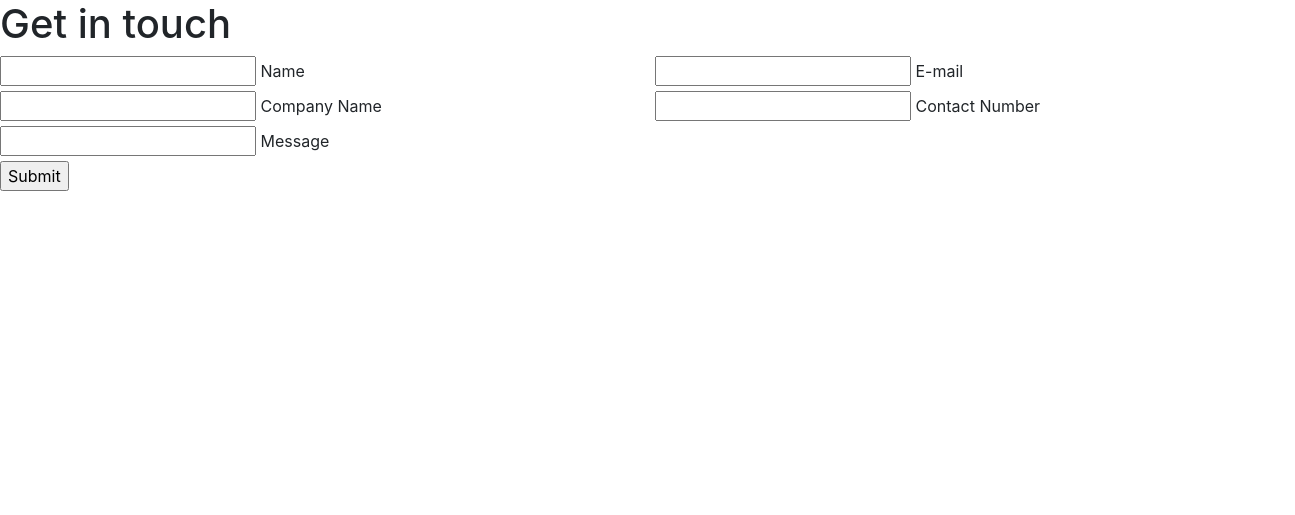
Repository: nguyenquan23/project-3
Page: http://localhost/laptrinhdoan/views/admin/add.jsp
The author's editor kept a copy of each file at every save. The page is drawn from the files as they stood at one save, then again after the next save.
The browser window is 1280 px wide. The page is 1295 px wide, so the pictures cover 1295 px, including what lies to the right of the window. The pictures show the whole page.
Some web libraries are served in a nearby version. The page is served by Tomcat 9. Nobody is signed in. The application's start-up code is not run. Other server files are loaded and not shown.

Above is the page before, as saved 2023-01-19 13:50:35.
Console error: TypeError: Cannot read properties of undefined (reading 'fn')

### laptrinhdoan/src/main/webapp/views/admin/add.jsp
<%@ page language="java" contentType="text/html; charset=UTF-8" pageEncoding="UTF-8"%>
<!DOCTYPE html PUBLIC "-//W3C//DTD HTML 4.01 Transitional//EN" "http://www.w3.org/TR/html4/loose.dtd">
<html>
<head>
<meta http-equiv="Content-Type" content="text/html; charset=UTF-8">
<title>Trang chủ</title>
<link href="//maxcdn.bootstrapcdn.com/bootstrap/4.1.1/css/bootstrap.min.css" rel="stylesheet" id="bootstrap-css">
<script src="//maxcdn.bootstrapcdn.com/bootstrap/4.1.1/js/bootstrap.min.js"></script>
<script src="//cdnjs.cloudflare.com/ajax/libs/jquery/3.2.1/jquery.min.js"></script>
<style type="text/css">
.form-delete{
display:  flex;
justify-content: center;
flex-wrap: wrap;

}
.input{
margin-bottom: 15px;
}
.titile{
text-align:  center;
}
</style>
</head>
<body>
 <!--important link source from "https://bootsnipp.com/snippets/A36DP"-->

<!------ Include the above in your HEAD tag ---------->

<section class="get-in-touch">
   <h1 class="title">Get in touch</h1>
   <form class="contact-form row">
      <div class="form-field col-lg-6">
         <input id="name" class="input-text js-input" type="text" required>
         <label class="label" for="name">Name</label>
      </div>
      <div class="form-field col-lg-6 ">
         <input id="email" class="input-text js-input" type="email" required>
         <label class="label" for="email">E-mail</label>
      </div>
      <div class="form-field col-lg-6 ">
         <input id="company" class="input-text js-input" type="text" required>
         <label class="label" for="company">Company Name</label>
      </div>
       <div class="form-field col-lg-6 ">
         <input id="phone" class="input-text js-input" type="text" required>
         <label class="label" for="phone">Contact Number</label>
      </div>
      <div class="form-field col-lg-12">
         <input id="message" class="input-text js-input" type="text" required>
         <label class="label" for="message">Message</label>
      </div>
      <div class="form-field col-lg-12">
         <input class="submit-btn" type="submit" value="Submit">
      </div>
   </form>
</section>
</body>
</html>

After the next save:
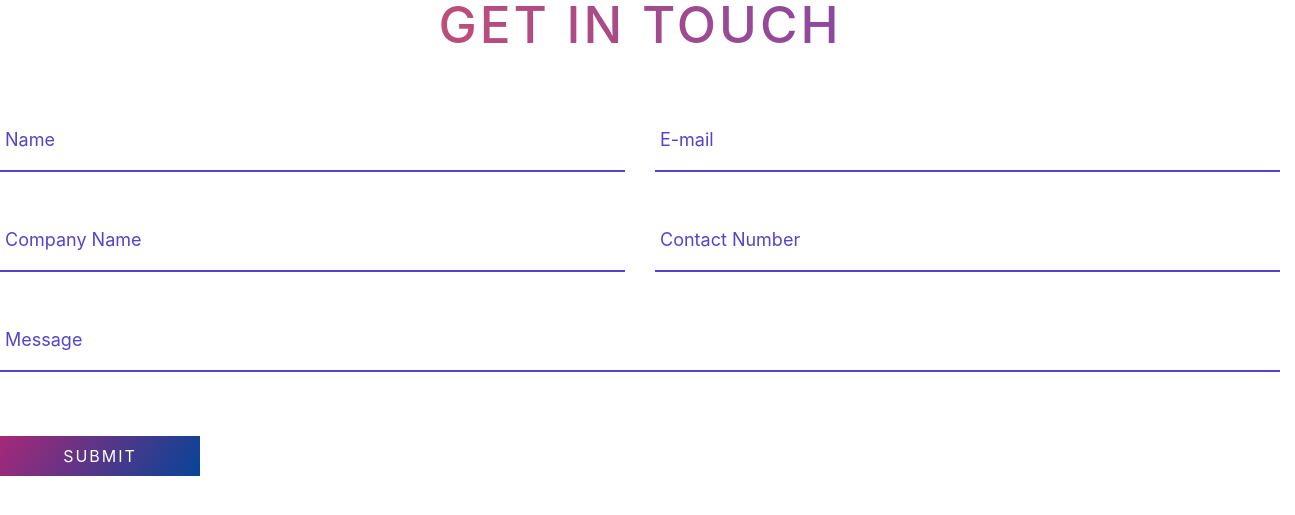
Saved 49 s later.
--- a/laptrinhdoan/src/main/webapp/views/admin/add.jsp
+++ b/laptrinhdoan/src/main/webapp/views/admin/add.jsp
@@ -8,18 +8,78 @@
 <script src="//maxcdn.bootstrapcdn.com/bootstrap/4.1.1/js/bootstrap.min.js"></script>
 <script src="//cdnjs.cloudflare.com/ajax/libs/jquery/3.2.1/jquery.min.js"></script>
 <style type="text/css">
-.form-delete{
-display:  flex;
-justify-content: center;
-flex-wrap: wrap;
+..get-in-touch {
+  max-width: 800px;
+  margin: 50px auto;
+  position: relative;
 
 }
-.input{
-margin-bottom: 15px;
+.get-in-touch .title {
+  text-align: center;
+  text-transform: uppercase;
+  letter-spacing: 3px;
+  font-size: 3.2em;
+  line-height: 48px;
+  padding-bottom: 48px;
+     color: #5543ca;
+    background: #5543ca;
+    background: -moz-linear-gradient(left,#f4524d  0%,#5543ca 100%) !important;
+    background: -webkit-linear-gradient(left,#f4524d  0%,#5543ca 100%) !important;
+    background: linear-gradient(to right,#f4524d  0%,#5543ca  100%) !important;
+    -webkit-background-clip: text !important;
+    -webkit-text-fill-color: transparent !important;
 }
-.titile{
-text-align:  center;
+
+.contact-form .form-field {
+  position: relative;
+  margin: 32px 0;
 }
+.contact-form .input-text {
+  display: block;
+  width: 100%;
+  height: 36px;
+  border-width: 0 0 2px 0;
+  border-color: #5543ca;
+  font-size: 18px;
+  line-height: 26px;
+  font-weight: 400;
+}
+.contact-form .input-text:focus {
+  outline: none;
+}
+.contact-form .input-text:focus + .label,
+.contact-form .input-text.not-empty + .label {
+  -webkit-transform: translateY(-24px);
+          transform: translateY(-24px);
+}
+.contact-form .label {
+  position: absolute;
+  left: 20px;
+  bottom: 11px;
+  font-size: 18px;
+  line-height: 26px;
+  font-weight: 400;
+  color: #5543ca;
+  cursor: text;
+  transition: -webkit-transform .2s ease-in-out;
+  transition: transform .2s ease-in-out;
+  transition: transform .2s ease-in-out,
+  -webkit-transform .2s ease-in-out;
+}
+.contact-form .submit-btn {
+  display: inline-block;
+  background-color: #000;
+   background-image: linear-gradient(125deg,#a72879,#064497);
+  color: #fff;
+  text-transform: uppercase;
+  letter-spacing: 2px;
+  font-size: 16px;
+  padding: 8px 16px;
+  border: none;
+  width:200px;
+  cursor: pointer;
+}
+
 </style>
 </head>
 <body>
